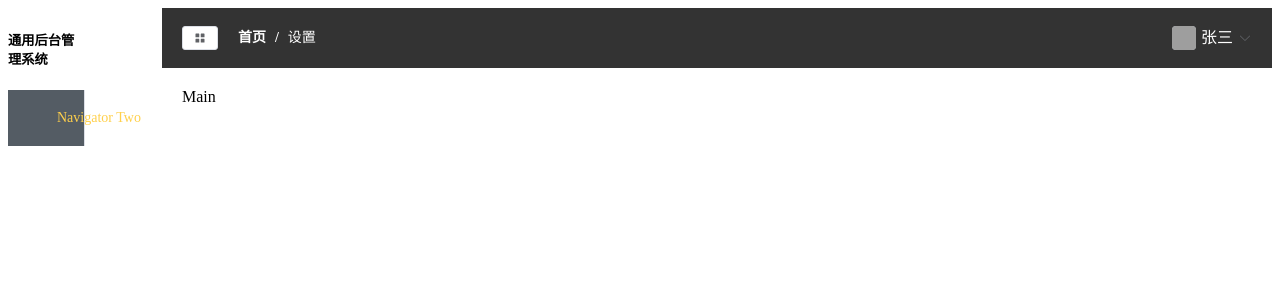
Repository: dishuibaby/vue-app
Page: /
The author's editor kept a copy of each file at every save. The page is drawn from the files as they stood at one save, then again after a run of saves.
The browser window is 1280 px wide. The pictures show the whole page.
Pictures or frames that could not be fetched are drawn as grey boxes. The project was rebuilt for these pictures with package versions that can differ from the ones it lists, and the page was loaded fresh each time. Also part of the build but not shown: vite.config.js.

Above is the page before, as saved 2024-08-11 20:32:30.

After the next 2 saves:
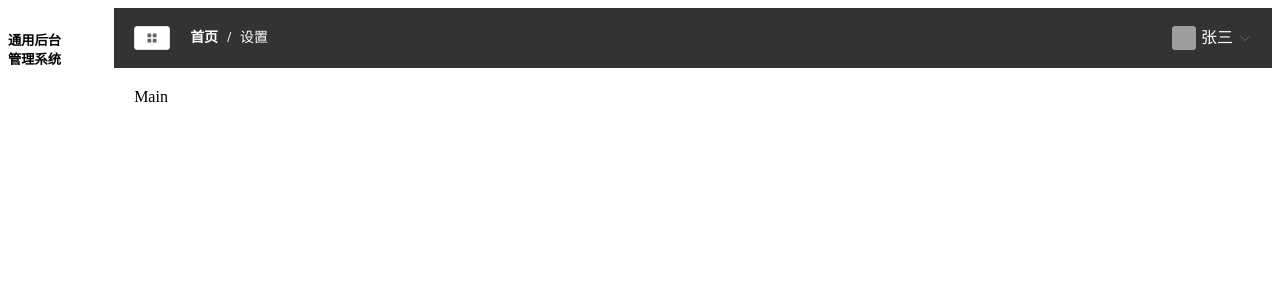
The 2 saves are shown as one change because they came seconds apart.
The last was saved 4 min 25 s later.
--- a/src/components/CommonAside.vue
+++ b/src/components/CommonAside.vue
@@ -16,26 +16,28 @@
             :index="item.path"
             :key="item.path"
         >
-          <template #title>
+        <!-- 判断是否存在 children 元素 -->
+        <template v-if="item.children">
+            <el-menu-item-group>
+            <el-menu-item
+                v-for="child in item.children"
+                :index="child.path"
+                :key="child.path"
+            >
+                <component class="icons" :is="child.icon" />
+                <span>{{child.label}}</span>
+            </el-menu-item>
+            </el-menu-item-group>
+        </template>
+
+        <!-- 如果没有 children，则渲染普通菜单项 -->
+        <template v-else>
+            <el-menu-item :index="item.path">
             <component class="icons" :is="item.icon" />
             <span>{{item.label}}</span>
-          </template>
-          <el-menu-item-group title="Group One">
-            <el-menu-item index="1-1">item one</el-menu-item>
-            <el-menu-item index="1-2">item two</el-menu-item>
-          </el-menu-item-group>
-          <el-menu-item-group title="Group Two">
-            <el-menu-item index="1-3">item three</el-menu-item>
-          </el-menu-item-group>
-          <el-sub-menu index="1-4">
-            <template #title>item four</template>
-            <el-menu-item index="1-4-1">item one</el-menu-item>
-          </el-sub-menu>
+            </el-menu-item>
+        </template>
         </el-sub-menu>
-        <el-menu-item index="2">
-          <el-icon><icon-menu /></el-icon>
-          <span>Navigator Two</span>
-        </el-menu-item>
       </el-menu>
     </el-col>
   </el-row>
